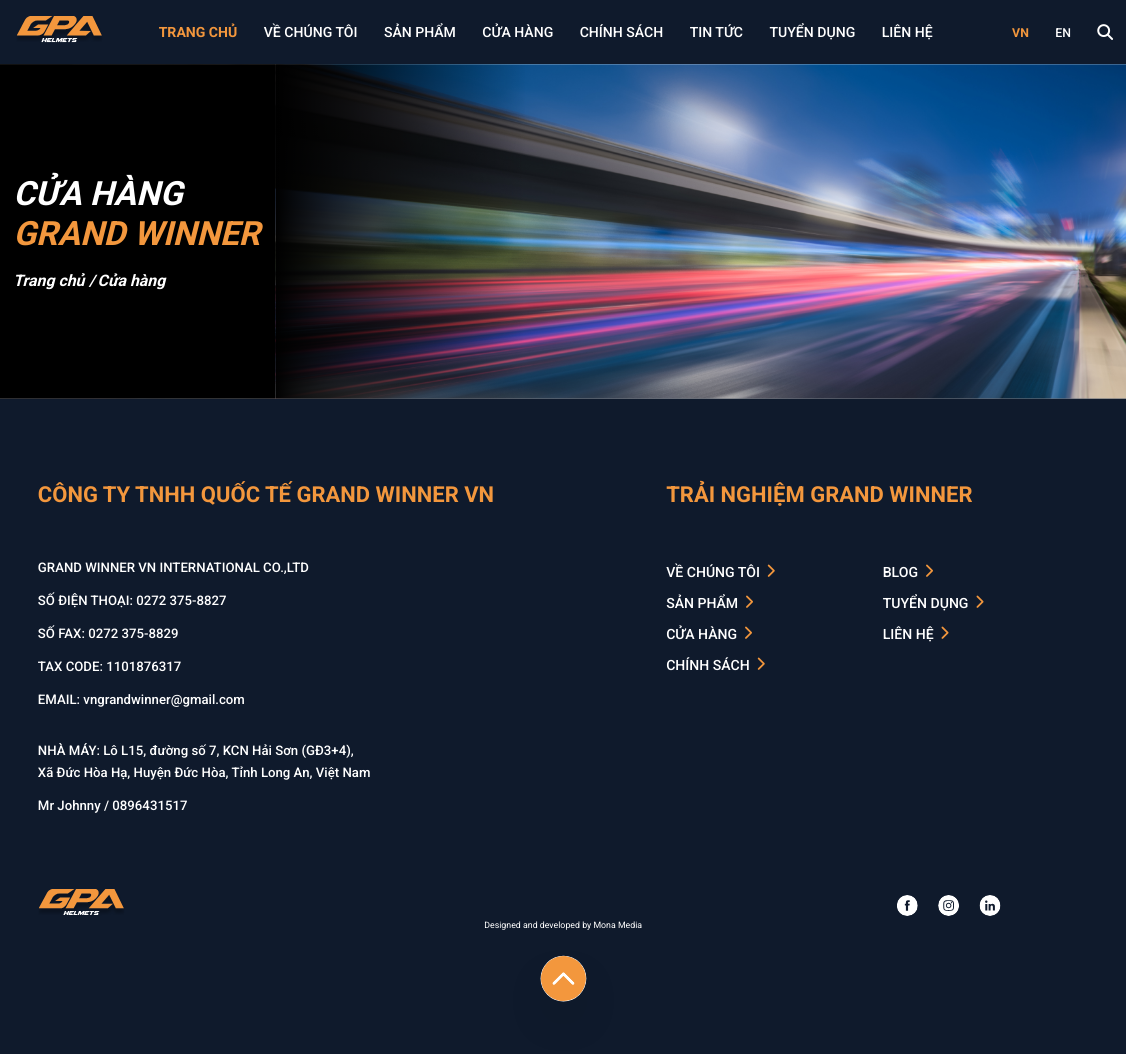
Repository: ThangNguyenT5/GrandWinner
Page: index.html
An editor plug-in stored every save of this project. The page is shown before and after the next save, followed by the edit.
The browser window is 1280 px wide. The pictures show the whole page, at 88% of full size.
Pictures or frames that could not be fetched are drawn as grey boxes. Some web libraries are served in a nearby version.

Above is the page before, as saved 2023-03-28 14:01:40.

After the next save:
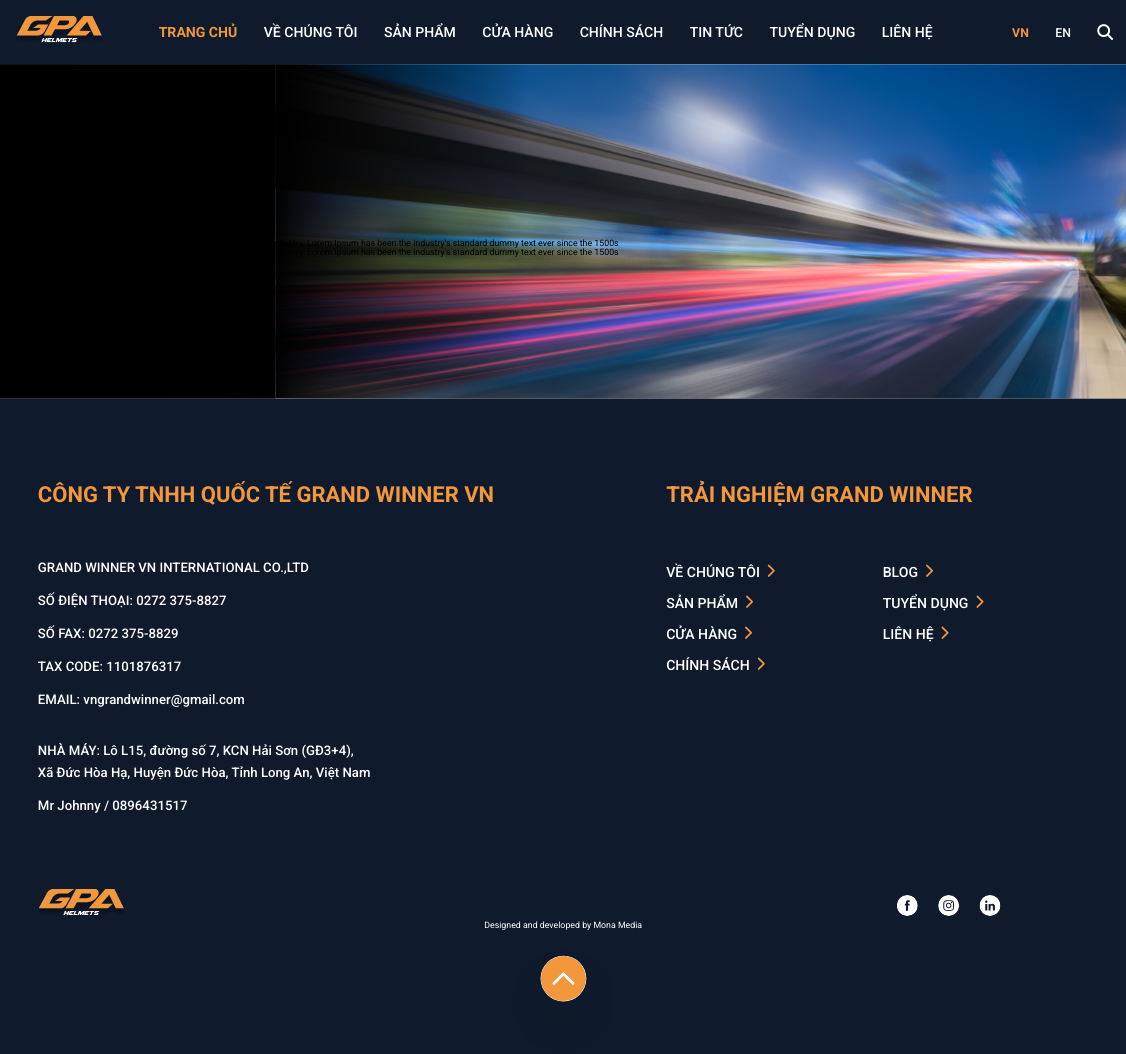
Saved 5 min 19 s later.
--- a/index.html
+++ b/index.html
@@ -126,22 +126,21 @@
                         <div class="swiper-slide">
                             <div class="container">
                                 <div class="content">
-                                    <div class="banner-page-tt" data-aos="fade-left">
-                                        <h2>
-                                            Cửa hàng
-                                            <br>
-                                            <span class="h1">GRAND WINNER</span>
-                                        </h2>
-                                    </div>
-                                        <div class="breadcrumb" data-aos="fade-right">
-                                        <ul class="breadcrumb-list">
-                                            <li class="breadcrumb-item">
-                                                <a href="#">Trang chủ</a>
-                                            </li>
-                                            <li class="breadcrumb-item">
-                                                <a href="#">Cửa hàng</a>
-                                            </li>
-                                        </ul>
+                                    <div class="banner-item">
+                                        <div class="banner-content">
+                                            <h2 class="banner-tt">
+                                                <p>LOREM IPSUM IS SIMPLY</p>
+                                                <p class="h1">GRAND WINNER</p>
+                                            </h2>
+                                            <div class="banner-desc">
+                                                <p>
+                                                    Lorem Ipsum is simply dummy text of the printing and typesetting industry. Lorem Ipsum has been the industry's standard dummy text ever since the 1500s
+                                                    <br>
+                                                    Lorem Ipsum is simply dummy text of the printing and typesetting industry. Lorem Ipsum has been the industry's standard dummy text ever since the 1500s
+                                                </p>
+                                            </div>
+
+                                        </div>
                                     </div>
                                 </div>
                             </div>
